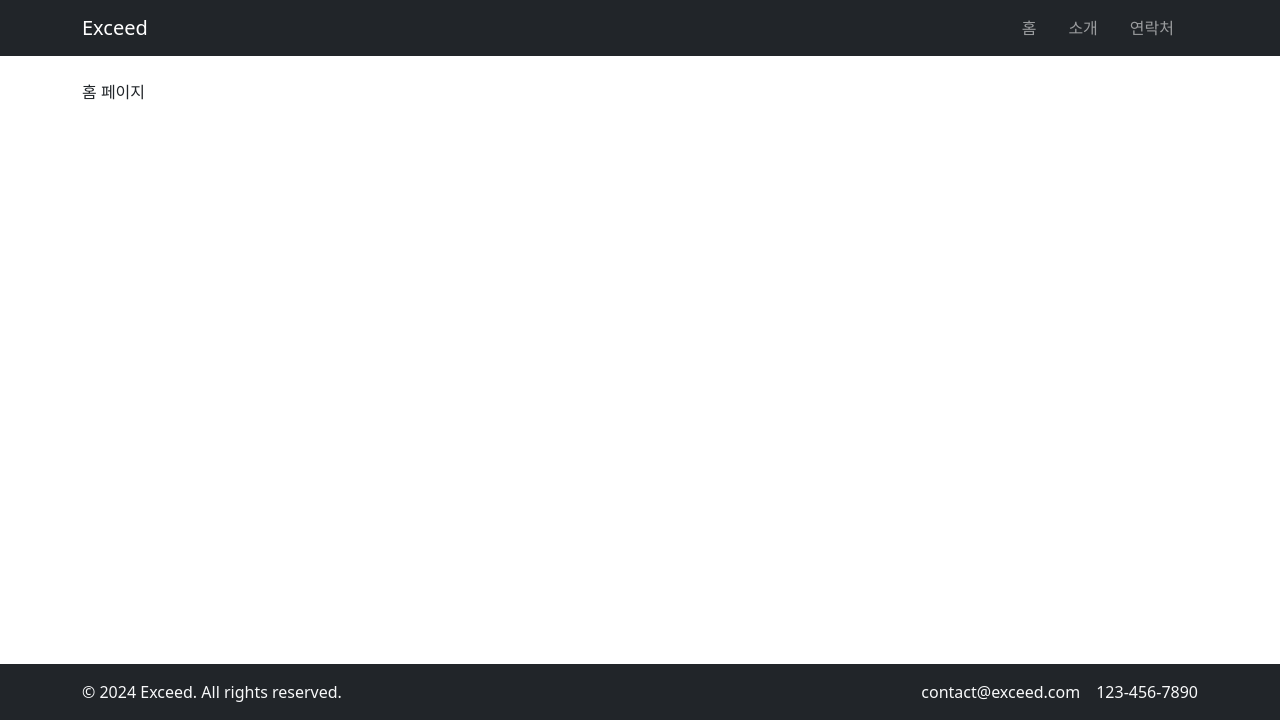
Repository: somej-123/exceed
Page: /
The author's editor kept a copy of each file at every save. The page is drawn from the files as they stood at one save, then again after a run of saves.
The browser window is 1280 px wide. The pictures show the whole page.
The project was rebuilt for these pictures with package versions that can differ from the ones it lists, and the page was loaded fresh each time. Also part of the build but not shown: vite.config.ts.

Above is the page before, as saved 2025-03-23 18:40:00.

### src/App.tsx
import { BrowserRouter as Router, Routes, Route } from 'react-router-dom';
import Layout from './components/Layout';
import 'bootstrap/dist/css/bootstrap.min.css';

function App() {
  return (
    <Router>
      <Routes>
        <Route path="/" element={<Layout />}>
          <Route index element={<div>홈 페이지</div>} />
          <Route path="about" element={<div>소개 페이지</div>} />
          <Route path="contact" element={<div>연락처 페이지</div>} />
        </Route>
      </Routes>
    </Router>
  );
}

export default App;

### src/components/Layout.tsx
import { Container } from 'react-bootstrap';
import Header from './Header';
import Footer from './Footer';
import { Outlet } from 'react-router-dom';

const Layout = () => {
  return (
    <div className="d-flex flex-column min-vh-100">
      <Header />
      <Container className="flex-grow-1 py-4">
        <Outlet />
      </Container>
      <Footer />
    </div>
  );
};

export default Layout;

### src/components/Header.tsx
import { Navbar, Nav, Container } from 'react-bootstrap';
import { Link } from 'react-router-dom';

const Header = () => {
  return (
    <Navbar bg="dark" variant="dark" expand="lg">
      <Container>
        <Navbar.Brand as={Link} to="/">Exceed</Navbar.Brand>
        <Navbar.Toggle aria-controls="basic-navbar-nav" />
        <Navbar.Collapse id="basic-navbar-nav">
          <Nav className="ms-auto">
            <Nav.Link as={Link} className="me-3" to="/">홈</Nav.Link>
            <Nav.Link as={Link} className="me-3" to="/about">소개</Nav.Link>
            <Nav.Link as={Link} className="me-3" to="/contact">연락처</Nav.Link>
          </Nav>
        </Navbar.Collapse>
      </Container>
    </Navbar>
  );
};

export default Header;

### src/components/Footer.tsx
import { Container, Row, Col } from 'react-bootstrap';

const Footer = () => {
  return (
    <footer className="bg-dark text-light py-3 mt-auto">
      <Container>
        <Row className="align-items-center">
          <Col md={6} className="text-center text-md-start">
            <p className="mb-0">&copy; 2024 Exceed. All rights reserved.</p>
          </Col>
          <Col md={6} className="text-center text-md-end">
            <a href="mailto:contact@exceed.com" className="text-light text-decoration-none me-3">
              contact@exceed.com
            </a>
            <a href="tel:123-456-7890" className="text-light text-decoration-none">
              123-456-7890
            </a>
          </Col>
        </Row>
      </Container>
    </footer>
  );
};

export default Footer;

Loaded but not shown: index.html (common file); src/main.tsx (common file)

After the next 5 saves:
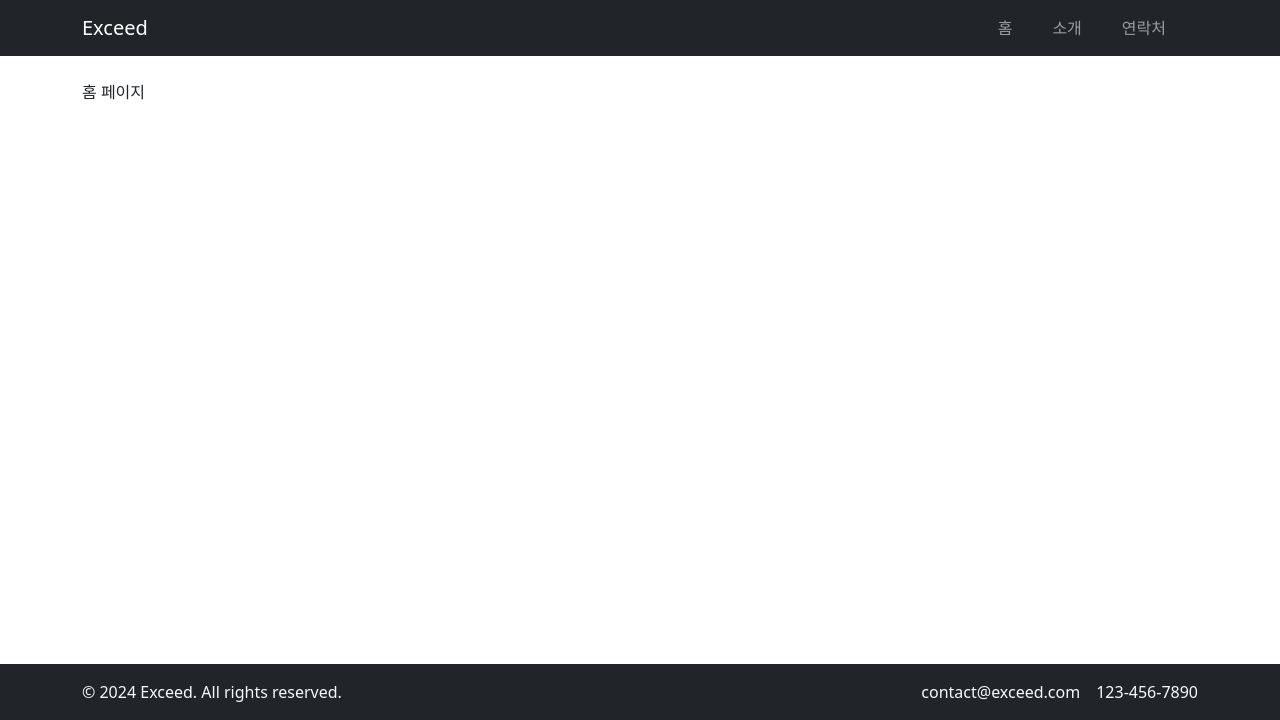
The 5 saves are shown as one change because they came seconds apart.
The last was saved 12 s later.
--- a/src/components/Header.tsx
+++ b/src/components/Header.tsx
@@ -9,9 +9,9 @@ const Header = () => {
         <Navbar.Toggle aria-controls="basic-navbar-nav" />
         <Navbar.Collapse id="basic-navbar-nav">
           <Nav className="ms-auto">
-            <Nav.Link as={Link} className="me-3" to="/">홈</Nav.Link>
-            <Nav.Link as={Link} className="me-3" to="/about">소개</Nav.Link>
-            <Nav.Link as={Link} className="me-3" to="/contact">연락처</Nav.Link>
+            <Nav.Link as={Link} className="me-4" to="/">홈</Nav.Link>
+            <Nav.Link as={Link} className="me-4" to="/about">소개</Nav.Link>
+            <Nav.Link as={Link} className="me-4" to="/contact">연락처</Nav.Link>
           </Nav>
         </Navbar.Collapse>
       </Container>
